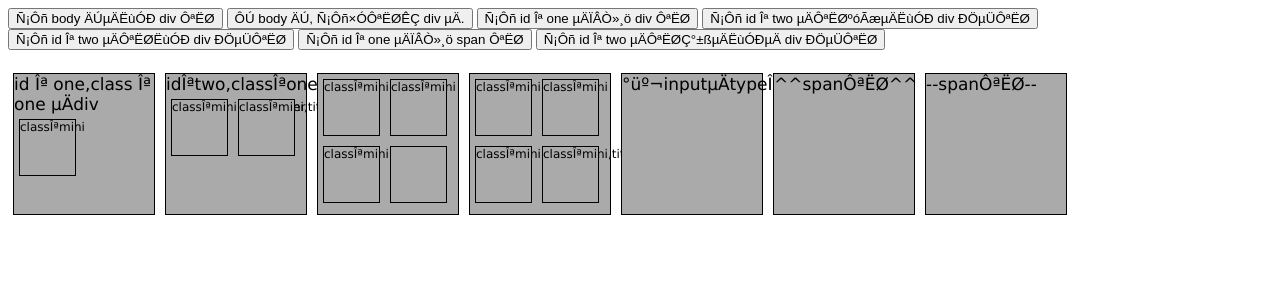
Repository: smilebingbing/java
Page: day_1/WebContent/jquery3.html
These files come from the project's save history. The page is drawn as it stood at one moment and after the next save; the edit follows.
The browser window is 1280 px wide. The pictures show the whole page.
After loading, the first visible `#btn3` was clicked once.

Above is the page before, as saved 2016-10-15 07:35:23.

### day_1/WebContent/jquery3.html
<!DOCTYPE html>
<html>
<head>
<meta http-equiv="Content-Type" content="text/html";charset="gbk">

<title>Insert title here</title>
<style type="text/css">
			div, span, p {
			    width: 140px;
			    height: 140px;
			    margin: 5px;
			    background: #aaa;
			    border: #000 1px solid;
			    float: left;
			    font-size: 17px;
			    font-family: Verdana;
			}

			div.mini {
			    width: 55px;
			    height: 55px;
			    background-color: #aaa;
			    font-size: 12px;
			}

			div.hide {
			    display: none;
			}
		</style>

<script type="text/javascript" src="jquery-1.7.2.js"></script>
<script type="text/javascript">

	$(function(){

		$("#btn1").click(function(){
			$("body div").css("background","#ffbbaa");
		});
		$("#btn2").click(function(){
			$("body > div").css("background","#ffbbaa");
		});
		$("#btn3").click(function(){
			$("none").css("background","#ffbbaa");
		});
		$("#btn4").click(function(){
			$("none").css("background","#ffbbaa");
		});
		$("#btn5").click(function(){
			$("none").css("background","#ffbbaa");
		});
		$("#btn6").click(function(){
			$("none").css("background","#ffbbaa");
		});
		$("#btn7").click(function(){
			$("none").css("background","#ffbbaa");
		});
	})
</script>
</head>
<body>
		<input type="button" value="选择 body 内的所有 div 元素" id="btn1" />
		<input type="button" value="在 body 内, 选择子元素是 div 的." id="btn2" />
		<input type="button" value="选择 id 为 one 的下一个 div 元素" id="btn3" />
		<input type="button" value="选择 id 为 two 的元素后面的所有 div 兄弟元素" id="btn4" />
		<input type="button" value="选择 id 为 two 的元素所有 div 兄弟元素" id="btn5" />
		<input type="button" value="选择 id 为 one 的下一个 span 元素" id="btn6" />
		<input type="button" value="选择 id 为 two 的元素前边的所有的 div 兄弟元素" id="btn7" />

		<br><br>
		<div class="one" id="one">
			id 为 one,class 为 one 的div
			<div class="mini">class为mini</div>
		</div>
		<div class="one" id="two" title="test">
			id为two,class为one,title为test的div
			<div class="mini" title="other">class为mini,title为other</div>
			<div class="mini" title="test">class为mini,title为test</div>
		</div>
		<div class="one">
			<div class="mini">class为mini</div>
			<div class="mini">class为mini</div>
			<div class="mini">class为mini</div>
			<div class="mini"></div>
		</div>
		<div class="one">
			<div class="mini">class为mini</div>
			<div class="mini">class为mini</div>
			<div class="mini">class为mini</div>
			<div class="mini" title="tesst">class为mini,title为tesst</div>
		</div>
		<div style="display:none;" class="none">style的display为"none"的div</div>
		<div class="hide">class为"hide"的div</div>
		<div>
			包含input的type为"hidden"的div<input type="hidden" size="8">
		</div>
		<span id="span">^^span元素^^</span>
		<span id="span">--span元素--</span>
	</body>

</html>

Loaded but not shown: day_1/WebContent/jquery-1.7.2.js (library)

After the next save:
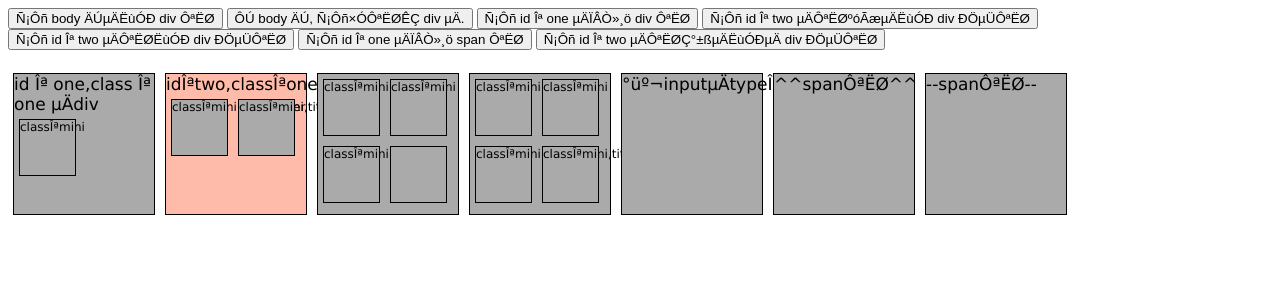
Saved 42 s later.
--- a/day_1/WebContent/jquery3.html
+++ b/day_1/WebContent/jquery3.html
@@ -40,7 +40,7 @@
 			$("body > div").css("background","#ffbbaa");
 		});
 		$("#btn3").click(function(){
-			$("none").css("background","#ffbbaa");
+			$("#one+div").css("background","#ffbbaa");
 		});
 		$("#btn4").click(function(){
 			$("none").css("background","#ffbbaa");
